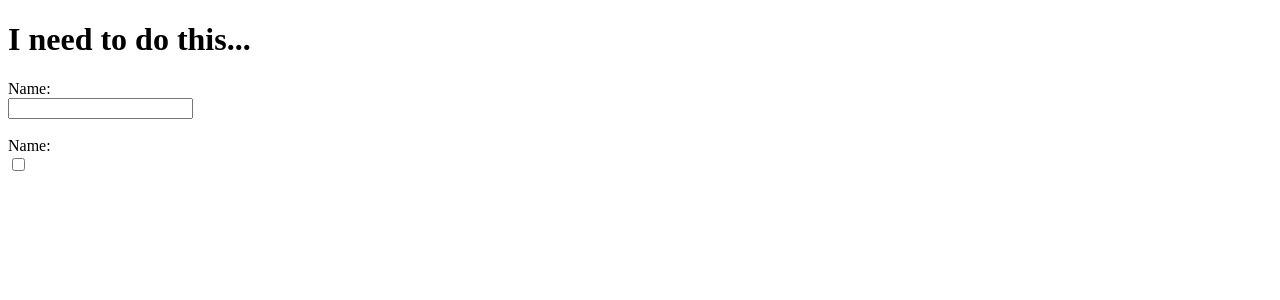
Repository: Jmcclain0129/django_todo
Page: http://localhost/add
The author's editor kept a record of every edit. The page is drawn from the files as they stood at one moment, then again after the next edit.
The browser window is 1280 px wide. The pictures show the whole page.
The page is served by the project's application, run on Django 2.2 (manage.py). Other server files are loaded and not shown.

Above is the page before.

### todo/views.py
from django.shortcuts import render, HttpResponse, redirect
from .models import Item

# Create your views here.
def get_todo_list(request):
    results = Item.objects.all()
    return render(request, "todo_list.html", {'items': results})

def create_an_item(request):
    if request.method == "POST":
        new_item = Item()
        new_item.name = request.POST.get("name")
        new_item.done = "done" in request.POST
        new_item.save()

        new_item.name = request.POST.get("name")
        return redirect(get_todo_list)

    return render(request, "item_form.html")

### todo/templates/item_form.html
<!DOCTYPE html>
<html lang="en">
<head>
    <meta charset="UTF-8">
    <meta name="viewport" content="width=device-width, initial-scale=1.0">
    <meta http-equiv="X-UA-Compatible" content="ie=edge">
    <title>Document</title>
</head>
<body>

    <h1>I need to do this...</h1>

    <form method="POST">

        <label for="id_name">Name:</label><br>
        <input type="text" id="id_name" name="name"/><br>
        <br>
        <label for="id_name">Name:</label><br>
        <input type="checkbox" id="id_done" name="done"/>


    </form>

</body>
</html>

### django_todo/urls.py
"""django_todo URL Configuration

The `urlpatterns` list routes URLs to views. For more information please see:
    https://docs.djangoproject.com/en/1.11/topics/http/urls/
Examples:
Function views
    1. Add an import:  from my_app import views
    2. Add a URL to urlpatterns:  url(r'^$', views.home, name='home')
Class-based views
    1. Add an import:  from other_app.views import Home
    2. Add a URL to urlpatterns:  url(r'^$', Home.as_view(), name='home')
Including another URLconf
    1. Import the include() function: from django.conf.urls import url, include
    2. Add a URL to urlpatterns:  url(r'^blog/', include('blog.urls'))
"""
from django.conf.urls import url
from django.contrib import admin
from todo.views import get_todo_list, create_an_item

urlpatterns = [
    url(r'^admin/', admin.site.urls),
    url(r'^$', get_todo_list),
    url(r'^add$', create_an_item)


]

After the next edit:
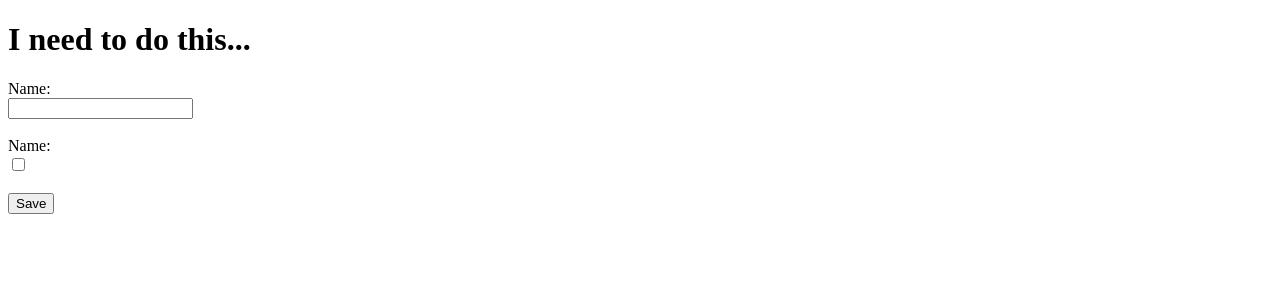
The edit:
--- a/todo/templates/item_form.html
+++ b/todo/templates/item_form.html
@@ -16,8 +16,9 @@
         <input type="text" id="id_name" name="name"/><br>
         <br>
         <label for="id_name">Name:</label><br>
-        <input type="checkbox" id="id_done" name="done"/>
-
+        <input type="checkbox" id="id_done" name="done"/><br>
+        <br>
+        <button type="submit">Save</button>
 
     </form>
 
